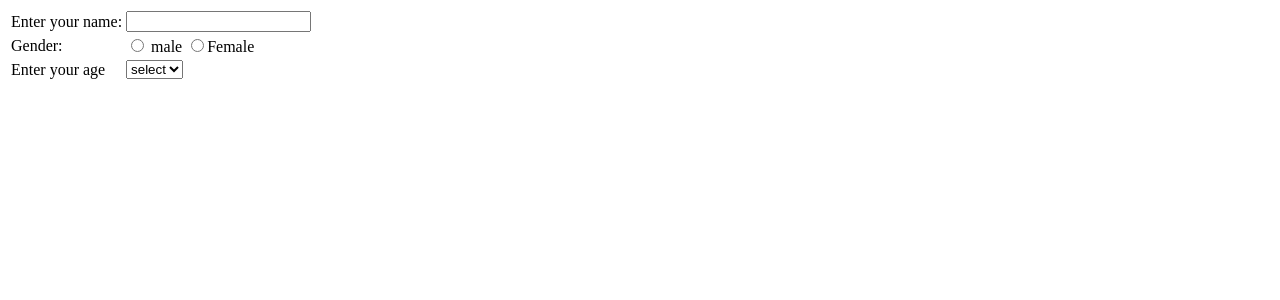
Repository: nishigandhamangle/gitDemo
Page: java/Servlet/ServletFormValidation/WebContent/WEB-INF/index.html
These files come from the project's save history. The page is drawn as it stood at one moment and after the next save; the edit follows.
The browser window is 1280 px wide. The pictures show the whole page.

Above is the page before, as saved 2019-11-14 10:18:39.

### java/Servlet/ServletFormValidation/WebContent/WEB-INF/index.html
<!DOCTYPE html>
<html>
<head>
<meta charset="ISO-8859-1">
<title>Insert title here</title>
<script type="txt/javascript">
function validation()
{
if(document.content-form.content-name.value==" ")
{
alert("please select your gender");
return false;
}
if(document.content-form.gender[1].checked==false && document.content-form.genter[1].checked==false)
{
alert("please select your gender");
return false;
if(document.contact-form.age.selectedIndex==0)
{
alert("please select enter your age");
return false;
}
if(document.content-form.checked==false)
{
alert("yoy need to agree terms & condition");
return false;
}
}</script>
</head>
<body>
<form name=-"content-form" action="welcome.html" method="post" onsubmit="return validation">
<table>
<tr>
<td>Enter your name:</td>
<td><input type="text" name="contact-name"><td>
</tr>
<tr>
<td>Gender:</td>
<td>
<input type="radio" name="gender">
male
<input type="radio" name="gender">Female</td></tr>
<tr>
<td>Enter your age</td>
<td>
<select name="age">
<option value="select" selected="selected">select</option>
<option value="0-10">0-10</option>
<option value="11-20">11-20</option>
<option value="21-30">21-30</option>
<option value="31-40">31-40</option>
<option value="40-50">40-50</option>
</select></table>
</body>
</html>

After the next save:
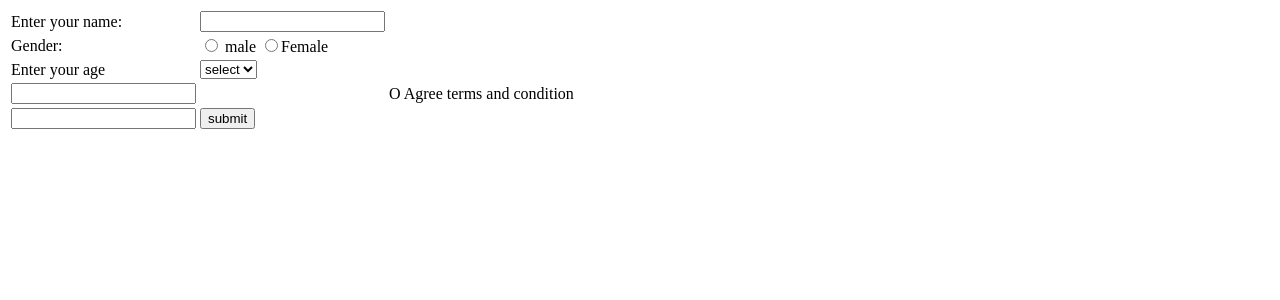
Saved 4 min 0 s later.
--- a/java/Servlet/ServletFormValidation/WebContent/WEB-INF/index.html
+++ b/java/Servlet/ServletFormValidation/WebContent/WEB-INF/index.html
@@ -50,6 +50,17 @@ male
 <option value="21-30">21-30</option>
 <option value="31-40">31-40</option>
 <option value="40-50">40-50</option>
-</select></table>
+</select>
+</td>
+</tr>
+<td>
+<input type="checkbok" nqme="check">
+<td>
+<td>O Agree terms and condition</td>
+</tr><tr>
+<td><input type="resel"></td>
+<td><input type="submit" value="submit">
+</td></tr></table>
+</form>
 </body>
 </html>
